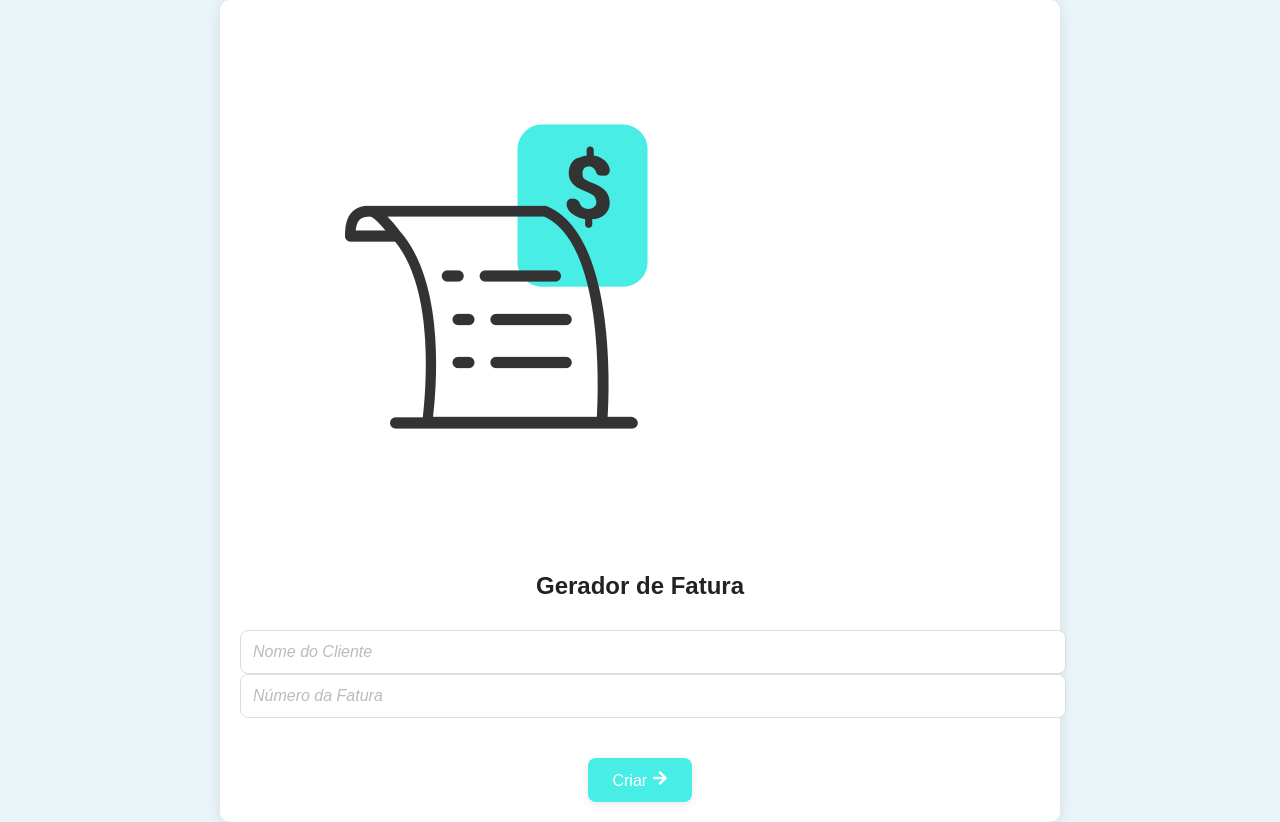
Repository: devthmedu/Invoice-Generator
Page: /
The author's editor kept a copy of each file at every save. The page is drawn from the files as they stood at one save, then again after the next save.
The browser window is 1280 px wide. The pictures show the whole page.
The project was rebuilt for these pictures with package versions that can differ from the ones it lists, and the page was loaded fresh each time. Also part of the build but not shown: vite.config.js, src/Componete/Template.jsx.

Above is the page before, as saved 2024-07-16 19:26:48.

After the next save:
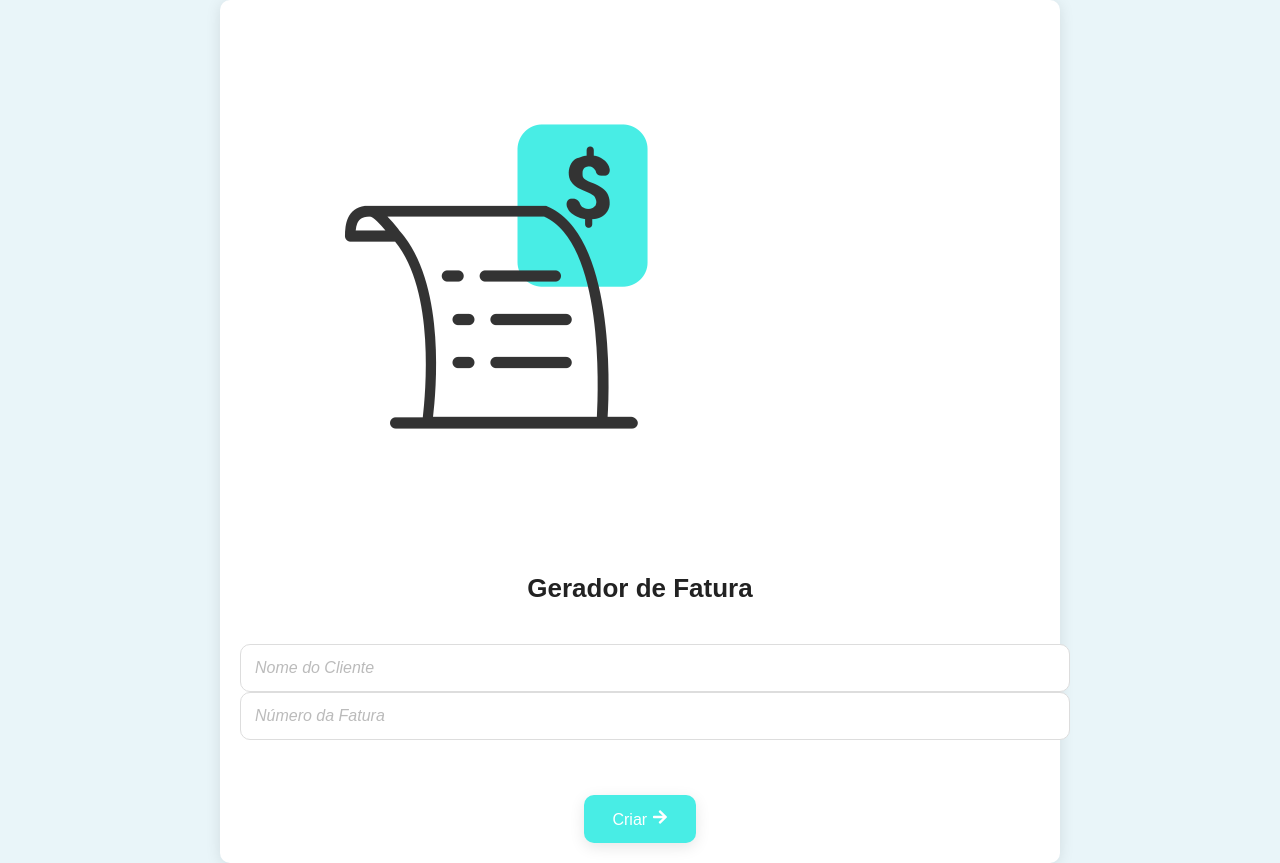
Saved 68 s later.
--- a/src/App.css
+++ b/src/App.css
@@ -1,85 +1,95 @@
 /* App.css */
 body {
   font-family: 'Arial', sans-serif;
-  background-color: #e9f5f9; /* Fundo suave */
+  background-color: #e9f5f9; /* Soft background */
   margin: 0;
   padding: 0;
 }
 
+/* Main container */
 .container {
   max-width: 500px;
-  margin: 100px auto; /* Centralização */
-  padding: 30px;
-  background: white; /* Estilo de cartão */
-  border-radius: 15px; /* Cantos arredondados */
-  box-shadow: 0 4px 20px rgba(0, 0, 0, 0.15); /* Sombra mais suave */
+  margin: 100px auto; /* Centered */
+  padding: 40px; /* Increased padding for a spacious look */
+  background: white; /* Card style */
+  border-radius: 15px; /* Rounded corners */
+  box-shadow: 0 6px 30px rgba(0, 0, 0, 0.2); /* Softer shadow */
 }
 
+/* Title */
 .title {
   text-align: center;
-  color: #222; /* Texto escuro */
-  font-size: 24px; /* Tamanho da fonte maior */
-  margin-bottom: 30px; /* Espaço abaixo do título */
-  font-weight: bold; /* Negrito */
+  color: #222; /* Dark text */
+  font-size: 26px; /* Larger font size */
+  margin-bottom: 40px; /* Increased space below title */
+  font-weight: bold; /* Bold text */
 }
 
+/* Form structure */
 .form {
   display: flex;
   flex-direction: column;
 }
 
 .inputs {
-  margin-bottom: 20px;
+  margin-bottom: 25px; /* Increased margin for better spacing */
 }
 
+/* Input fields */
 input {
-  padding: 12px;
-  border: 1px solid #ddd; /* Borda leve */
-  border-radius: 8px; /* Cantos arredondados */
+  padding: 14px; /* Increased padding */
+  border: 1px solid #ddd; /* Light border */
+  border-radius: 10px; /* Rounded corners */
   font-size: 16px;
-  width: 100%; /* Largura total */
-  transition: border-color 0.3s; /* Transição suave */
+  width: 100%; /* Full width */
+  transition: border-color 0.3s, box-shadow 0.3s; /* Smooth transitions */
 }
 
 input:focus {
-  border-color: #48ede5; /* Cor ao focar no input */
-  outline: none; /* Remove a borda padrão do navegador */
+  border-color: #48ede5; /* Focus color */
+  box-shadow: 0 0 5px rgba(72, 237, 229, 0.5); /* Shadow on focus */
+  outline: none; /* Remove default outline */
 }
 
 input::placeholder {
-  color: #bbb; /* Cor do placeholder */
-  font-style: italic; /* Itálico para o placeholder */
+  color: #bbb; /* Placeholder color */
+  font-style: italic; /* Italic style for placeholder */
 }
 
 input:disabled {
-  background-color: #f1f1f1; /* Cinza claro */
+  background-color: #f1f1f1; /* Light gray for disabled */
 }
 
+/* Button group */
 .buttons {
   display: flex;
-  justify-content: center; /* Centralização dos botões */
-  margin-top: 20px; /* Espaço acima dos botões */
+  justify-content: center; /* Center buttons */
+  margin-top: 30px; /* More space above buttons */
 }
 
+/* Button styles */
 button {
-  background-color: #48ede5; /* Cor primária */
-  color: white; /* Texto branco */
+  background-color: #48ede5; /* Primary color */
+  color: white; /* White text */
   border: none;
-  border-radius: 8px; /* Cantos arredondados */
-  padding: 12px 24px;
+  border-radius: 10px; /* Rounded corners */
+  padding: 14px 28px; /* Increased padding */
   font-size: 16px;
   cursor: pointer;
-  transition: background 0.3s, transform 0.3s;
-  margin: 0 10px; /* Espaçamento lateral entre botões */
-  box-shadow: 0 2px 10px rgba(0, 0, 0, 0.1); /* Sombra leve */
+  transition: background 0.3s, transform 0.3s, box-shadow 0.3s; /* Smooth transitions */
+  margin: 0 12px; /* Lateral spacing between buttons */
+  box-shadow: 0 4px 15px rgba(0, 0, 0, 0.1); /* Light shadow */
 }
 
+/* Button hover effects */
 button:hover {
-  background-color: #36b4d3; /* Tom mais escuro ao passar o mouse */
-  transform: scale(1.05); /* Efeito de zoom leve */
+  background-color: #36b4d3; /* Darker shade on hover */
+  transform: scale(1.05); /* Slight zoom effect */
+  box-shadow: 0 6px 20px rgba(0, 0, 0, 0.15); /* Shadow increase on hover */
 }
 
+/* Disabled button */
 button:disabled {
-  background-color: #c0c0c0; /* Cinza quando desabilitado */
-  cursor: not-allowed; /* Cursor de não permitido */
+  background-color: #c0c0c0; /* Gray when disabled */
+  cursor: not-allowed; /* Not allowed cursor */
 }
